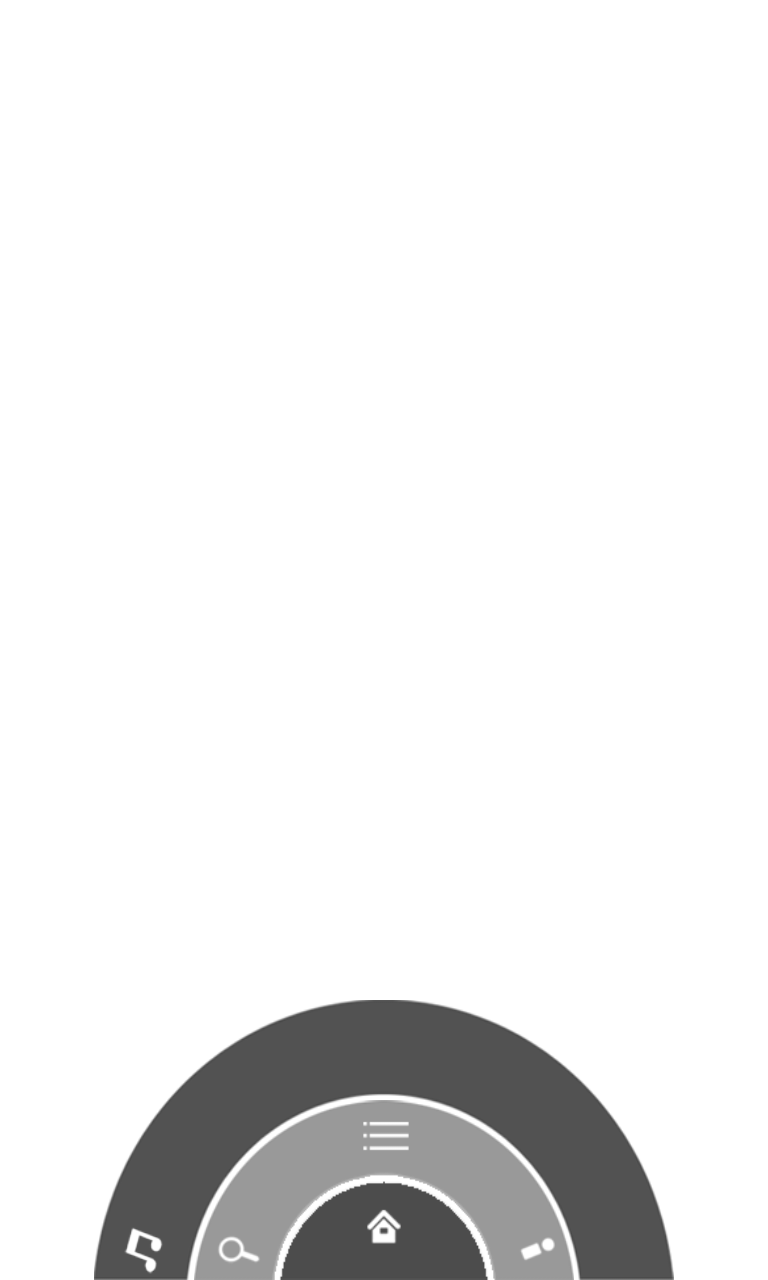
Repository: ASmouse/View
Layout: 02_UkuDemo14/res/layout/activity_main.xml
The author's editor kept a copy of each file at every save. The layout is drawn from the files as they stood at one save, then again after the next save.
It is drawn on a 768 x 1280 px phone screen (xhdpi) without system bars, with theme AppTheme; the app's code is not run.

Above is the layout before, as saved 2015-10-24 03:04:20.

After the next save:
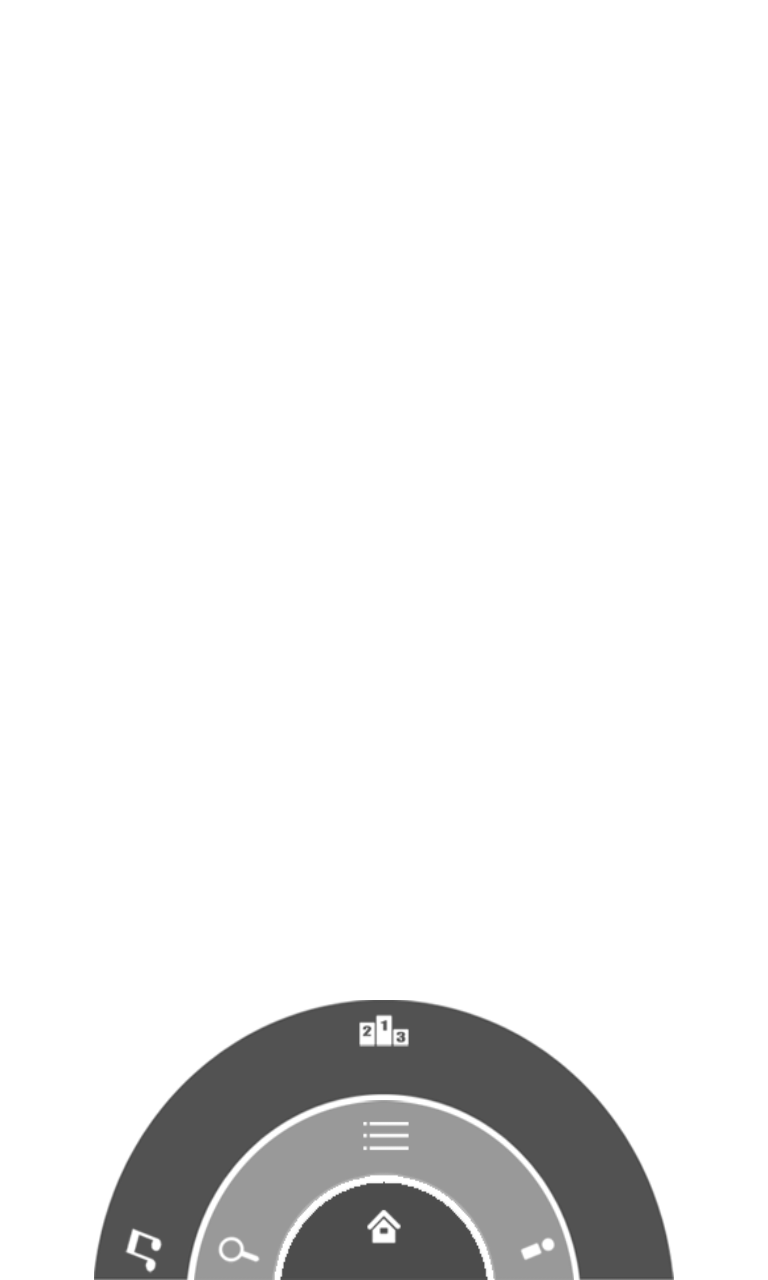
Saved 12 s later.
--- a/02_UkuDemo14/res/layout/activity_main.xml
+++ b/02_UkuDemo14/res/layout/activity_main.xml
@@ -84,10 +84,10 @@
 
         <ImageView
             android:layout_marginLeft="10dip"
-            android:layout_alignParentBottom="true"
+           android:layout_centerHorizontal="true"
             android:layout_width="wrap_content"
             android:layout_height="wrap_content"
-            android:src="@drawable/channel1" />
+            android:src="@drawable/channel4" />
     </RelativeLayout>
 
 </RelativeLayout>
